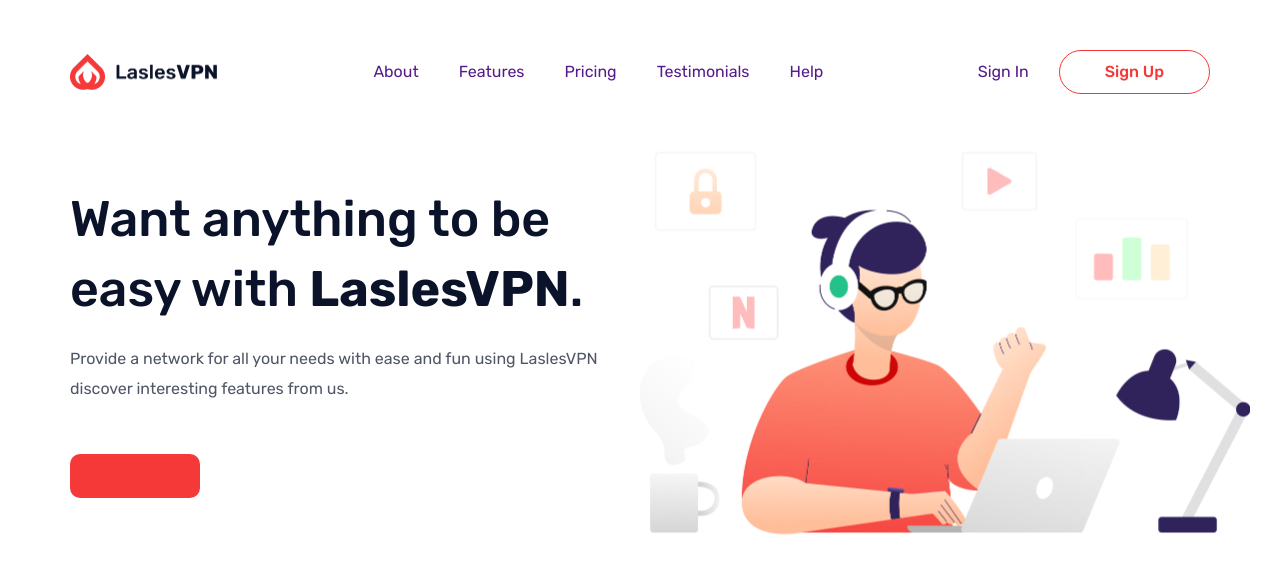
Repository: dangpham205/LaslesVPN-Landing-Page
Page: index.html
An editor plug-in stored every save of this project. The page is shown before and after the next save, followed by the edit.
The browser window is 1280 px wide. The pictures show the whole page.

Above is the page before, as saved 2022-07-19 19:48:09.

### index.html
<!DOCTYPE html>
<html lang="en">
<head>
    <meta charset="UTF-8">
    <meta http-equiv="X-UA-Compatible" content="IE=edge">
    <meta name="viewport" content="width=device-width, initial-scale=1.0">
    <title>Lasles</title>
    <link rel="preconnect" href="https://fonts.googleapis.com" />
    <link rel="preconnect" href="https://fonts.gstatic.com" crossorigin />
    <link
      href="https://fonts.googleapis.com/css2?family=Rubik:wght@400;500;700&display=swap"
      rel="stylesheet"
    />
    <link rel="stylesheet" href="./assets/css/style.css">
</head>
<body>
    <div class="wrapper">

        <!-- Menu -->
        <header class="menu">
            <div class="container">
                <div class="menu__container">
                    <img srcset="./assets/img/logo.png 2x" alt="" class="menu__logo" />
                    <div class="menu__list">
                        <div class="menu__item">
                            <a href="" class="menu__item-link">About</a>
                        </div>
                        <div class="menu__item">
                            <a href="" class="menu__item-link">Features</a>
                        </div>
                        <div class="menu__item">
                            <a href="" class="menu__item-link">Pricing</a>
                        </div>
                        <div class="menu__item">
                            <a href="" class="menu__item-link">Testimonials</a>
                        </div>
                        <div class="menu__item">
                            <a href="" class="menu__item-link">Help</a>
                        </div>
                    </div>
                    <div class="menu__buttons">
                        <a href="" class="menu__button--sign-in">Sign In</a>
                        <a href="" class="button button--outline menu__button--sign-up">Sign Up</a>
                    </div>
                </div>
            </div>
        </header>

        <main>
            <section class="hero">
                <div class="container">
                    <div class="hero__container">
                        <div class="hero__content">
                            <h1 class="hero__title">Want anything to be easy with <strong>LaslesVPN</strong>.</h1>
                            <p class="hero__desc text">Provide a network for all your needs with ease and fun using LaslesVPN discover interesting features from us.</p>
                            <a href="" class="button button--primary button--rounded"></a>
                        </div>
                        <div class="hero__image">
                            <img srcset="./assets/img/hero.png 2x" alt="">
                        </div>
                    </div>
                </div>
            </section>
        </main>

    </div>
</body>
</html>

### assets/css/style.css
html {
  box-sizing: border-box;
}

* {
  margin: 0;
  padding: 0;
}

*,
*:before,
*:after {
  box-sizing: border-box;
}

input,
textarea,
select,
button {
  outline: none;
}

input {
  line-height: normal;
}

label,
button {
  cursor: pointer;
}

a {
  text-decoration: none;
}

img {
  display: block;
  max-width: 100%;
}

ul {
  list-style: none;
}

body {
  line-height: 1;
  font-family: "Rubik", sans-serif;
  color: #4f5665;
  font-weight: 400;
  background-color: white;
}

button {
  cursor: pointer;
  outline: none;
  border: none;
  font-family: "Rubik", sans-serif;
}

.wrapper {
  max-width: 100%;
  margin: 0 auto;
}

.container {
  max-width: 1140px;
  margin: 0 auto;
}

.button {
  display: inline-block;
  padding: 13px 45px;
  border-radius: 100rem;
  font-family: "Rubik", sans-serif;
  line-height: 1;
  font-size: 16px;
  cursor: pointer;
  border: none;
  outline: none;
  text-align: center;
  white-space: nowrap;
}
.button--primary {
  font-weight: 700;
  background-color: #f53838;
  color: white;
}
.button--outline {
  background-color: transparent;
  color: #f53838;
  font-weight: 500;
  border: 1px solid;
}
.button--rounded {
  border-radius: 10px;
  padding: 22px 65px;
}
.button--rectangle {
  border-radius: 10px;
  min-width: 250px;
}
.button--shadow {
  position: relative;
}
.button--shadow:after {
  content: "";
  position: absolute;
  top: 0;
  left: 50%;
  width: 90%;
  height: 100%;
  transform: translate(-50%, 50%);
  background-color: rgba(245, 56, 56, 0.35);
  filter: blur(20px);
  border-radius: inherit;
  z-index: -1;
}

.boxed {
  max-width: 555px;
  margin-left: auto;
  margin-right: auto;
  text-align: center;
}

@media screen and (max-width: 767px) {
  .button {
    padding: 13px 26px;
  }
  .container {
    padding: 0 20px;
  }
}
@media screen and (max-width: 1024px) {
  .container {
    padding: 0 40px;
  }
}
h1,
h2,
h3,
h4,
h5,
h6 {
  color: #0b132a;
  font-weight: bold;
}

.heading {
  font-weight: 500;
  font-size: 35px;
  line-height: 1.4285714286;
  margin-bottom: 20px;
}

.heading-small {
  font-weight: 500;
  font-size: 18px;
  margin-bottom: 5px;
  line-height: 1.6666666667;
}

.text {
  line-height: 1.875;
}

.text-medium {
  font-weight: 500;
}

.text-small {
  font-size: 14px;
  line-height: 2.1428571429;
}

@media screen and (max-width: 767px) {
  .heading {
    font-size: 30px;
  }
}
.menu {
  padding-top: 50px;
  padding-bottom: 90px;
}
.menu__container {
  display: flex;
  justify-content: space-between;
  align-items: center;
}
.menu__list {
  display: flex;
}
.menu__item + .menu__item {
  margin-left: 40px;
}
.menu__buttons {
  display: flex;
  align-items: center;
}
.menu__button--sign-in {
  margin-right: 30px;
}

@media screen and (max-width: 1023.98px) {
  .menu__list {
    display: none;
  }
}
.hero {
  padding-bottom: 100px;
}
.hero__container {
  display: flex;
  justify-content: space-between;
  align-items: center;
  gap: 0 40px;
  position: relative;
}
.hero__content {
  max-width: 555px;
  width: 100%;
  margin-right: 40px;
}
.hero__title {
  font-weight: 500;
  font-size: 50px;
  line-height: 1.4;
  color: #0b132a;
}
.hero__desc {
  margin: 20px 0 50px 0;
}
.hero__image {
  position: absolute;
  right: 0;
  top: 50%;
  transform: translate(40px, -50%);
}

.info {
  margin-bottom: 95px;
}
.info__container {
  display: grid;
  grid-template-columns: repeat(3, 1fr);
  border-radius: 10px;
  min-height: 200px;
  box-shadow: 0 30px 50px 20px rgba(13, 16, 37, 0.05);
}
.info__item {
  display: flex;
  justify-content: center;
  align-items: center;
  position: relative;
}
.info__item:nth-child(2)::after {
  content: "";
  position: absolute;
  height: 126px;
  border-left: 2px solid #EEEFF2;
  left: 0;
}
.info__item:nth-child(2)::before {
  content: "";
  position: absolute;
  height: 126px;
  border-left: 2px solid #EEEFF2;
  right: 0;
}
.info__item-text {
  margin-left: 36px;
}
.info__item-title {
  margin-bottom: 5px;
  font-size: 25px;
  font-weight: 700;
  line-height: 1.2;
}
.info__item-desc {
  font-size: 20px;
  font-weight: 400;
  line-height: 1.5;
}

.feature {
  padding-bottom: 130px;
}
.feature__container {
  display: flex;
  justify-content: space-between;
  align-items: flex-end;
  gap: 0 170px;
}
.feature__title {
  max-width: 380px;
}
.feature__desc {
  max-width: 430px;
  margin-bottom: 20px;
}
.feature__list {
  display: flex;
  flex-direction: column;
  gap: 21px;
}
.feature__item {
  display: flex;
}
.feature__item-icon {
  margin-right: 10px;
}
.feature__item-text {
  line-height: 30px;
}

.plan {
  padding: 80px 0 150px 0;
  background-color: #f8f8f8;
}
.plan__header {
  display: flex;
  flex-direction: column;
  align-items: center;
  justify-content: center;
}
.plan__desc {
  max-width: 555px;
  text-align: center;
  margin-bottom: 60px;
}
.plan__list {
  display: grid;
  grid-template-columns: repeat(3, 1fr);
  gap: 0 50px;
}
.plan__item {
  display: flex;
  flex-direction: column;
  justify-content: center;
  align-items: center;
  background-color: white;
  padding: 80px 70px 50px;
  border-radius: 10px;
  border: 2px solid #DDDDDD;
}
.plan__item-image {
  margin-bottom: 30px;
  margin-left: auto;
  margin-right: auto;
}
.plan__item-title {
  margin-bottom: 30px;
}
.plan__item-details {
  margin-bottom: 50px;
  display: flex;
  flex-direction: column;
  gap: 10px 0;
}
.plan__item-detail {
  display: flex;
  gap: 0 25px;
  font-weight: 400;
  font-size: 14px;
  line-height: 30px;
  align-items: center;
}
.plan__item-price {
  margin-top: auto;
  margin-bottom: 20px;
}
.plan__item--active, .plan__item:hover {
  border-color: #f53838;
}
.plan__item--active .plan__item-btn, .plan__item:hover .plan__item-btn {
  background-color: #f53838;
  color: white;
}

.location {
  background-color: #f8f8f8;
  padding-bottom: 50px;
}
.location__container {
  display: flex;
  flex-direction: column;
  align-items: center;
  text-align: center;
}
.location__title {
  max-width: 380px;
}
.location__desc {
  max-width: 555px;
  margin-bottom: 150px;
}
.location__partners {
  display: flex;
  align-items: center;
  justify-content: center;
  gap: 0 30px;
}

.comment {
  background-color: #f8f8f8;
  padding-bottom: 260px;
}
.comment__container {
  display: flex;
  flex-direction: column;
  align-items: center;
  text-align: center;
}
.comment__title {
  max-width: 445px;
}
.comment__desc {
  max-width: 555px;
  margin-bottom: 60px;
}
.comment .customer-list {
  display: grid;
  grid-template-columns: repeat(3, 1fr);
  gap: 0 50px;
}
.comment .customer-item {
  border: 2px solid #ddd;
  border-radius: 10px;
  padding: 30px;
  margin: 0 25px;
}
.comment .customer-item.slick-current.slick-active {
  border-color: #f53838;
}
.comment .customer-top {
  margin-bottom: 20px;
  display: flex;
  justify-content: space-between;
  align-items: center;
  gap: 0 110px;
}
.comment .customer-info {
  display: flex;
  align-items: center;
  gap: 0 20px;
}
.comment .customer-avatar {
  width: 50px;
  height: 50px;
}
.comment .customer-avatar img {
  width: 100%;
  height: 100%;
  object-fit: cover;
  border-radius: 100rem;
}
.comment .customer-name {
  line-height: 1.6666666667;
  margin-bottom: 5;
}
.comment .customer-address {
  line-height: 1;
  text-align: start;
}
.comment .customer-rating {
  display: flex;
  align-items: center;
  gap: 0 10px;
}
.comment .customer .slick-track {
  display: flex;
  padding-bottom: 60px;
}
.comment .customer .slick-arrow {
  width: 60px;
  height: 60px;
  border-radius: 100rem;
  display: flex !important;
  justify-content: center;
  align-items: center;
  position: absolute;
  bottom: 0;
  transform: translateY(50%);
  z-index: 10;
}
.comment .customer .slick-prev {
  border: 1px solid #f53838;
  background-color: transparent;
  right: 80px;
}
.comment .customer .slick-next {
  background-color: #f53838;
  right: 0;
}
.comment .customer .slick-dots {
  list-style-type: none;
  display: flex;
  align-items: center;
  gap: 0 15px;
  transform: translateY(50%);
}
.comment .customer .slick-dots button {
  font-size: 0;
  background-color: #dde0e4;
  width: 15px;
  height: 15px;
  border-radius: 100rem;
  transition: all 0.2s linear;
}
.comment .customer .slick-dots .slick-active button {
  background-color: #f53838;
  width: 45px;
}

.subscribe {
  background-color: #dde0e4;
}
.subscribe__container {
  position: relative;
  transform: translateY(-50%);
  margin-bottom: -140px;
  display: flex;
  justify-content: space-between;
  align-items: center;
  padding: 58.5px 70px;
  border-radius: 10px;
  background-color: white;
}
.subscribe__title {
  max-width: 370px;
  font-size: 35px;
  line-height: 45px;
  font-weight: 500;
  color: #0b132a;
}
.subscribe__desc {
  line-height: 1;
}

footer {
  padding-top: 70px;
  padding-bottom: 100px;
  background-color: #dde0e4;
}

.footer__container {
  display: flex;
  justify-content: space-between;
  gap: 0 230px;
}
.footer__desc {
  width: 340px;
  line-height: 1.875;
  margin: 20px 0 30px 0;
}
.footer__copyright {
  color: #AFB5C0;
  font-weight: 500;
}
.footer__contacts {
  display: flex;
}
.footer__menu {
  display: flex;
  gap: 0 126px;
}
.footer__category {
  display: flex;
  flex-direction: column;
  gap: 10px 0;
}
.footer__category-title {
  font-size: 18px;
  margin-bottom: 10px;
  line-height: 1.6666666667;
}
.footer__category-option {
  width: max-content;
  font-size: 16px;
  line-height: 1.875;
}

/*# sourceMappingURL=style.css.map */

After the next save:
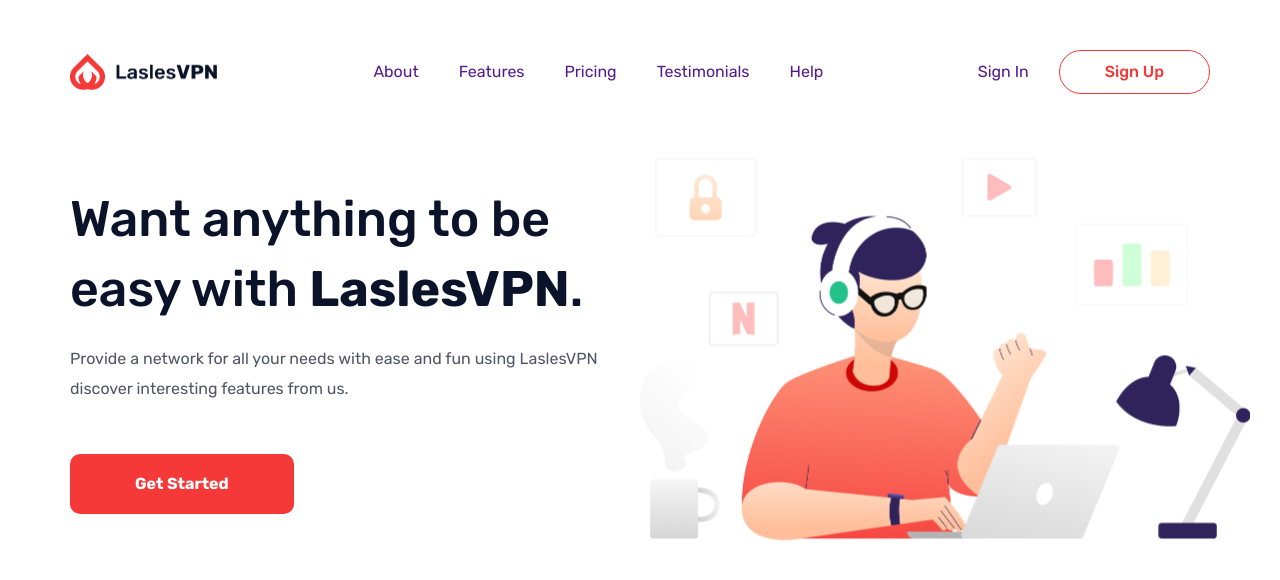
Saved 20 s later.
--- a/index.html
+++ b/index.html
@@ -53,7 +53,7 @@
                         <div class="hero__content">
                             <h1 class="hero__title">Want anything to be easy with <strong>LaslesVPN</strong>.</h1>
                             <p class="hero__desc text">Provide a network for all your needs with ease and fun using LaslesVPN discover interesting features from us.</p>
-                            <a href="" class="button button--primary button--rounded"></a>
+                            <a href="" class="button button--primary button--rounded">Get Started</a>
                         </div>
                         <div class="hero__image">
                             <img srcset="./assets/img/hero.png 2x" alt="">
